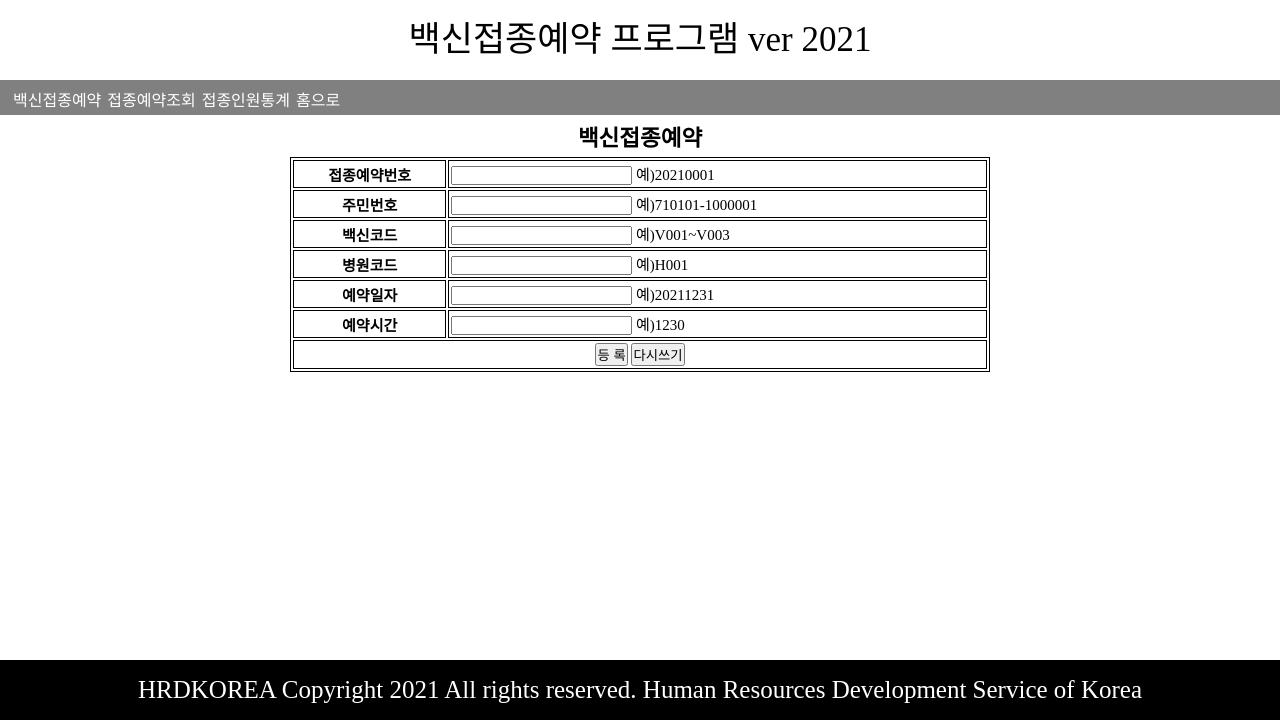
Repository: Up-Min/hrdkorea
Page: http://localhost/cbq_5678/calc
These files come from the project's save history. The page is drawn as it stood at one moment and after the next save; the edit follows.
The browser window is 1280 px wide. The pictures show the whole page.
The page is served by Tomcat 9.

Above is the page before, as saved 2022-12-23 01:53:43.

After the next save:
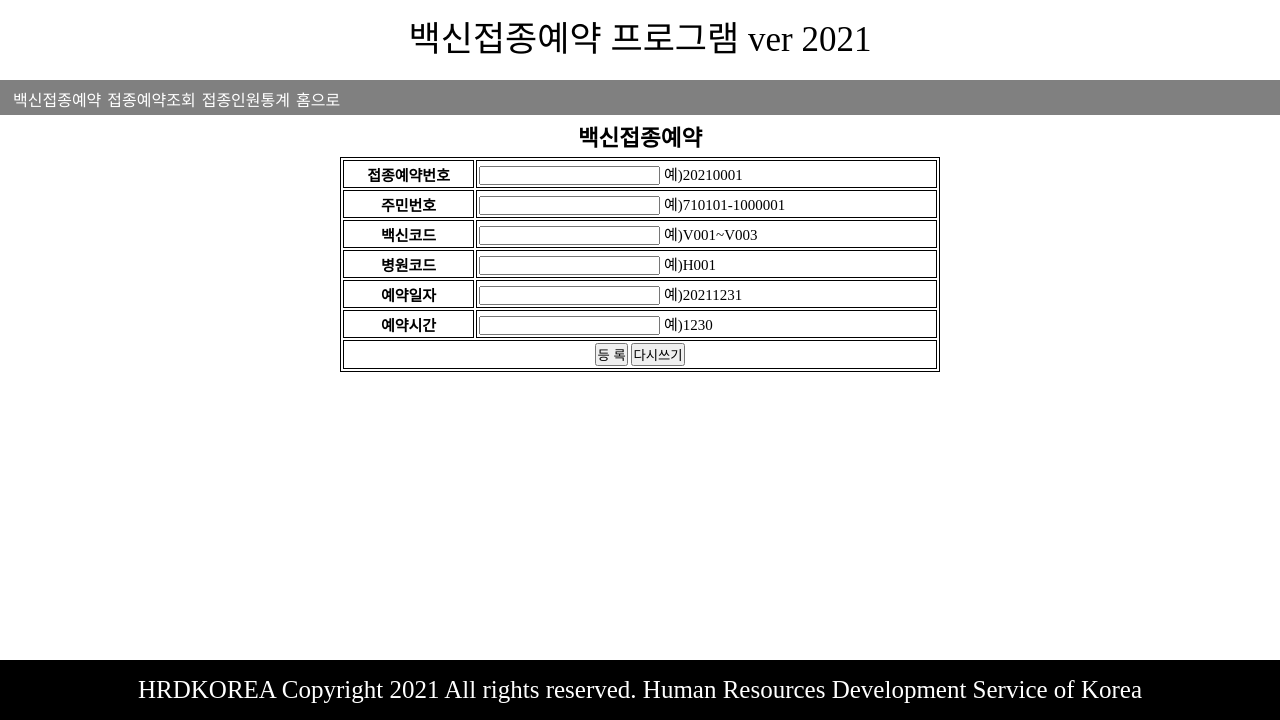
Saved 9 s later.
--- a/cbq_5678/src/main/webapp/reserv.jsp
+++ b/cbq_5678/src/main/webapp/reserv.jsp
@@ -16,7 +16,7 @@
 	<form name = "reserv" action="insert">
 	<input type = "hidden" id = "gubun" value = "insert">
 	<div class = "wrap">
-	 <table style = "width : 700px">
+	 <table style = "width : 600px">
 	 	<tr>
 	 		<th> 접종예약번호 </th>
 	 		<td class = "val"><input type = "text" name = "resvno"> 예)20210001 </td>
